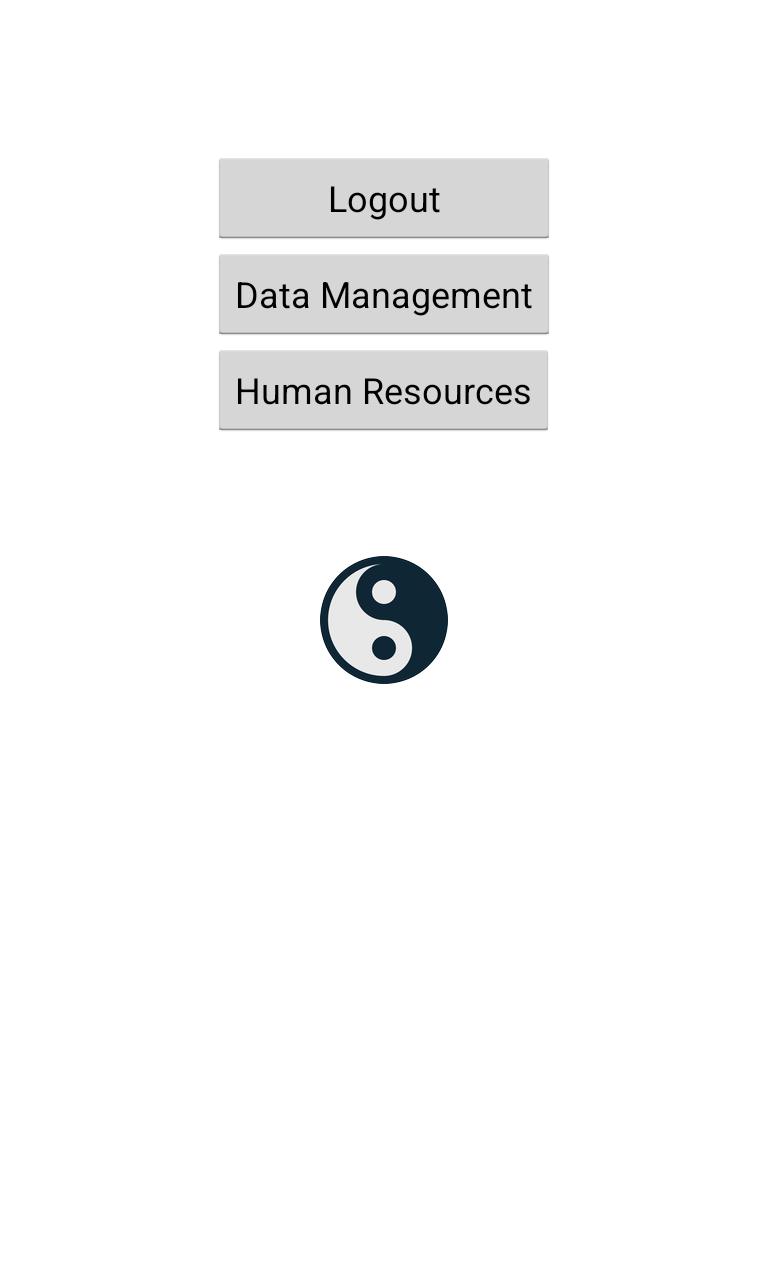
Repository: diogosufil/AcupunturaClienteAndroid
Layout: AcupunturaClienteAndroid/res/layout/activity_main.xml
The author's editor kept a copy of each file at every save. The layout is drawn from the files as they stood at one save, then again after the next save.
It is drawn on a 768 x 1280 px phone screen (xhdpi) without system bars, with theme AppTheme; the app's code is not run. The app's manifest (not shown) leaves right-to-left support off. So textAlignment, textDirection and layoutDirection are ignored, and left and right values win over start and end ones.

Above is the layout before, as saved 2015-01-07 12:23:07.

### AcupunturaClienteAndroid/res/layout/activity_main.xml
<LinearLayout xmlns:android="http://schemas.android.com/apk/res/android"
    xmlns:tools="http://schemas.android.com/tools"
    android:id="@+id/LinearLayout2"
    android:layout_width="match_parent"
    android:layout_height="match_parent"
    android:gravity="top|center"
    android:orientation="vertical"
    android:paddingBottom="@dimen/activity_vertical_margin"
    android:paddingLeft="@dimen/activity_horizontal_margin"
    android:paddingRight="@dimen/activity_horizontal_margin"
    android:paddingTop="@dimen/activity_vertical_margin"
    tools:context="com.example.acupunturaclienteandroid.MainActivity" >

    <LinearLayout
        android:layout_width="wrap_content"
        android:layout_height="wrap_content"
        android:gravity="center"
        android:orientation="vertical" >

        <TextView
            android:id="@+id/textView1"
            android:layout_width="wrap_content"
            android:layout_height="wrap_content"
            android:text="@string/nothing"
            android:textAppearance="?android:attr/textAppearanceLarge" />

        <TextView
            android:id="@+id/TextView01"
            android:layout_width="wrap_content"
            android:layout_height="wrap_content"
            android:text="@string/nothing"
            android:textAppearance="?android:attr/textAppearanceLarge" />

        <Button
            android:id="@+id/buttonLogout"
            android:layout_width="match_parent"
            android:layout_height="wrap_content"
            android:text="@string/logout" />

        <Button
            android:id="@+id/buttonDataManagement"
            android:layout_width="wrap_content"
            android:layout_height="wrap_content"
            android:text="@string/data_management" />

        <Button
            android:id="@+id/buttonHumanResources"
            android:layout_width="wrap_content"
            android:layout_height="wrap_content"
            android:text="@string/human_resources" />

        <TextView
            android:id="@+id/textView2"
            android:layout_width="wrap_content"
            android:layout_height="wrap_content"
            android:text="@string/nothing"
            android:textAppearance="?android:attr/textAppearanceLarge" />

        <TextView
            android:id="@+id/TextView02"
            android:layout_width="wrap_content"
            android:layout_height="wrap_content"
            android:text="@string/nothing"
            android:textAppearance="?android:attr/textAppearanceLarge" />

        <ImageView
            android:id="@+id/imageView1"
            android:layout_width="wrap_content"
            android:layout_height="wrap_content"
            android:scaleType="center"
            android:src="@drawable/ac_img"
            android:textAlignment="center" />
    </LinearLayout>

</LinearLayout>

### AcupunturaClienteAndroid/res/values/strings.xml
<?xml version="1.0" encoding="utf-8"?>
<resources>

    <string name="app_name">Acupuntura</string>
    <string name="hello_world">Hello world!</string>
    <string name="action_settings">Settings</string>
    <string name="title_activity_menu">Menu</string>
    <string name="title_activity_main">Acupuntura</string>
    <string name="login">Login</string>
    <string name="username">Username</string>
    <string name="password">Password</string>
    <string name="nothing"></string>
    <string name="logout">Logout</string>
    <string name="data_management">Data Management</string>
    <string name="human_resources">Human Resources</string>
    <string name="title_activity_data_management">Data Management</string>
    <string name="title_activity_human_resources">Human Resources</string>

</resources>

Loaded but not shown: AcupunturaClienteAndroid/res/values/styles.xml (common file); AcupunturaClienteAndroid/res/values-v11/styles.xml (common file); AcupunturaClienteAndroid/res/values-v14/styles.xml (common file); AcupunturaClienteAndroid/res/values/dimens.xml (common file); AcupunturaClienteAndroid/res/values-w820dp/dimens.xml (common file)

After the next save:
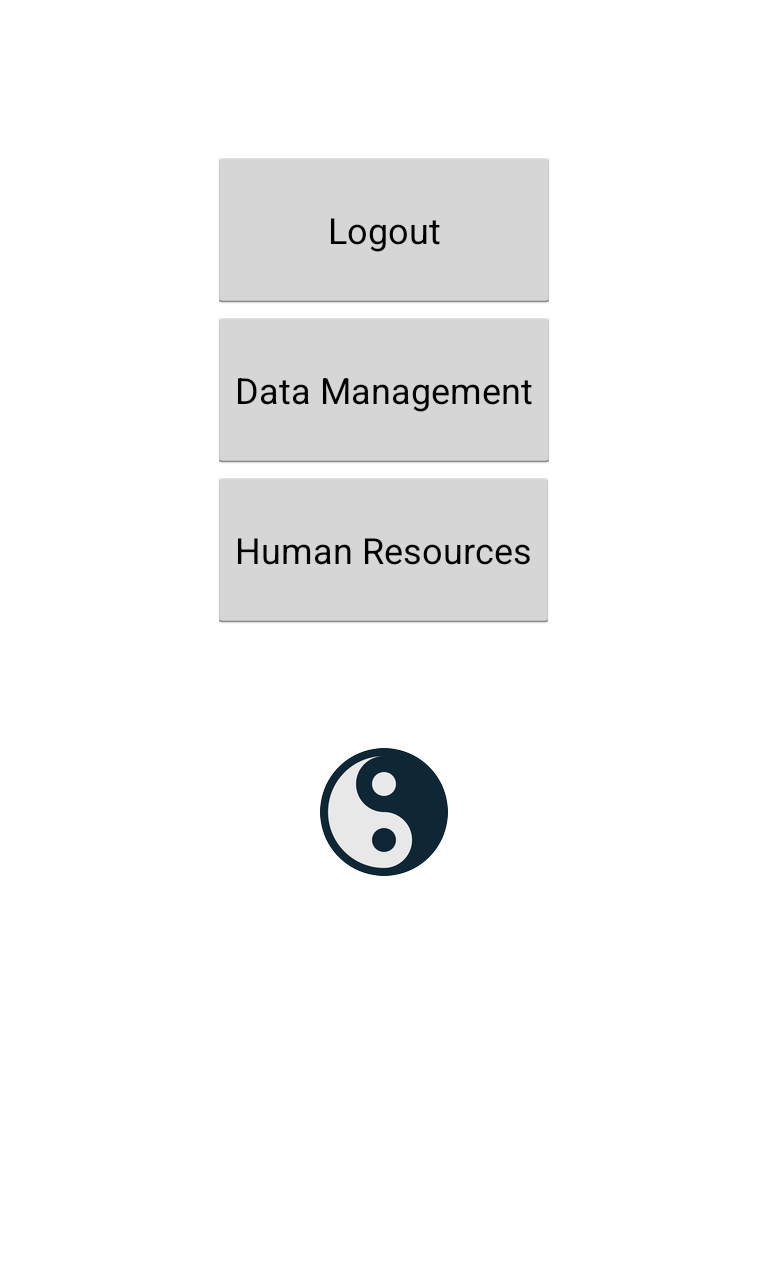
Saved 10 min 7 s later.
--- a/AcupunturaClienteAndroid/res/layout/activity_main.xml
+++ b/AcupunturaClienteAndroid/res/layout/activity_main.xml
@@ -34,19 +34,19 @@
         <Button
             android:id="@+id/buttonLogout"
             android:layout_width="match_parent"
-            android:layout_height="wrap_content"
+            android:layout_height="80dp"
             android:text="@string/logout" />
 
         <Button
             android:id="@+id/buttonDataManagement"
             android:layout_width="wrap_content"
-            android:layout_height="wrap_content"
+            android:layout_height="80dp"
             android:text="@string/data_management" />
 
         <Button
             android:id="@+id/buttonHumanResources"
             android:layout_width="wrap_content"
-            android:layout_height="wrap_content"
+            android:layout_height="80dp"
             android:text="@string/human_resources" />
 
         <TextView
